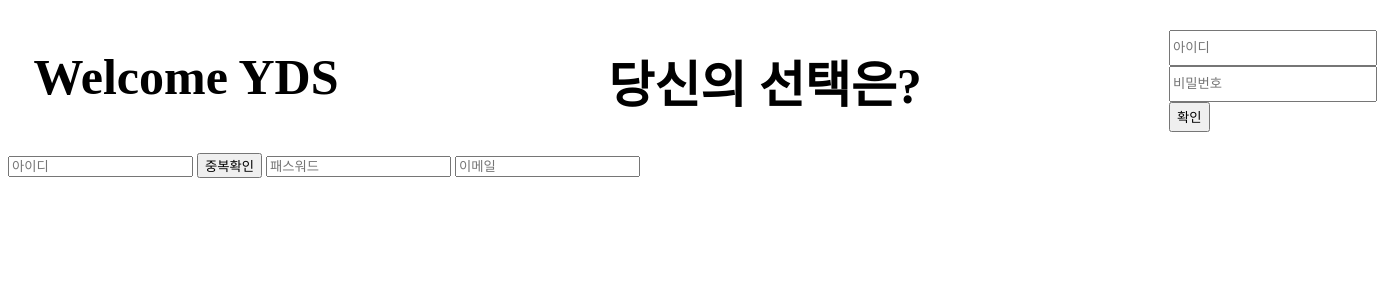
Repository: ejrtn/springbootMaven
Page: deoksu/src/main/resources/static/join.html
These files come from the project's save history. The page is drawn as it stood at one moment and after the next save; the edit follows.
The browser window is 1280 px wide. The page is 1380 px wide, so the pictures cover 1380 px, including what lies to the right of the window. The pictures show the whole page.

Above is the page before, as saved 2021-04-10 13:11:47.

### deoksu/src/main/resources/static/join.html
<!DOCTYPE html>
<html>
<head>
<meta charset="UTF-8">
<title>Insert title here</title>
<script src="http://code.jquery.com/jquery-latest.min.js"></script>
<script type="text/javascript">
function chkPW(){

 	var pw = $("#password").val();
 	var num = pw.search(/[0-9]/g);
 	var eng = pw.search(/[a-z]/ig);
 	var spe = pw.search(/[`~!@@#$%^&*|₩₩₩'₩";:₩/?]/gi);

 	if(pw.length < 8 || pw.length > 20){
  		alert("8자리 ~ 20자리 이내로 입력해주세요.");
  		return false;
 	}else if(pw.search(/\s/) != -1){
  		alert("비밀번호는 공백 없이 입력해주세요.");
  		return false;
 	}else if(num < 0 || eng < 0 || spe < 0 ){
  		alert("영문,숫자, 특수문자를 혼합하여 입력해주세요.");
  		return false;
 	}else {
    	return true;
	}

}
</script>
</head>
<body>
	<div align="center">
		<table>
			<tr>
				<td>
					<h1 align="center" style="font-size: 50px; width: 350px; height:66px;">Welcome YDS</h1>
				</td>
				<td>
					<h1 align="center"  style="font-size: 50px; width: 400px; margin-left: 200px; margin-right: 200px;">당신의 선택은?</h1>
				</td>
				<td>
					<input type="text" placeholder="아이디" style="height: 30px; width: 200px;">
					<input type="password" placeholder="비밀번호" style="height: 30px; width: 200px;">
					<input type="button" value="확인" style="height: 30px;">
				</td>
			</tr>
		</table>
	</div>
	<div>
		<input type="text" placeholder="아이디">
		<input type="button" value="중복확인">
		<input type="password" placeholder="패스워드">
		<input type="email" placeholder="이메일">
	</div>
</body>
</html>

After the next save:
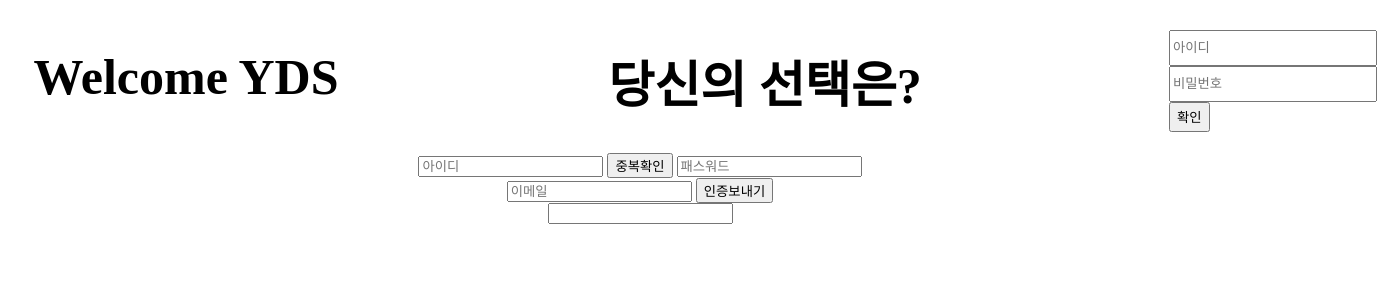
Saved 73 s later.
--- a/deoksu/src/main/resources/static/join.html
+++ b/deoksu/src/main/resources/static/join.html
@@ -46,11 +46,14 @@ function chkPW(){
 			</tr>
 		</table>
 	</div>
-	<div>
+	<div align="center">
 		<input type="text" placeholder="아이디">
 		<input type="button" value="중복확인">
-		<input type="password" placeholder="패스워드">
+		<input type="password" placeholder="패스워드"><br>
 		<input type="email" placeholder="이메일">
+		<input type="button" value="인증보내기"><br>
+		<input type=""
+
 	</div>
 </body>
 </html>
